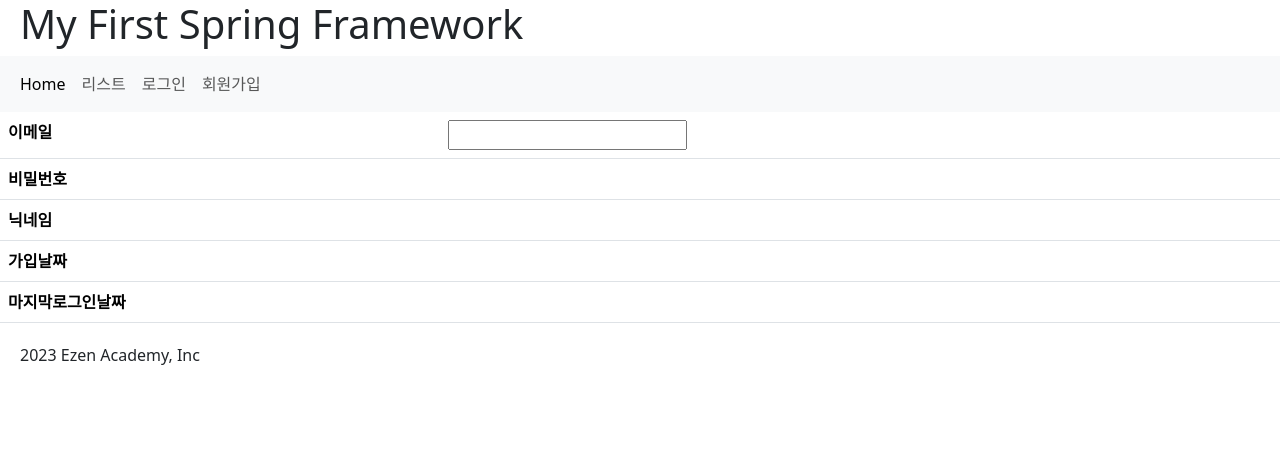
Repository: HongSeungBo/newspring
Page: http://localhost/springProject/WEB-INF/views/member/modify.jsp
The author's editor kept a copy of each file at every save. The page is drawn from the files as they stood at one save, then again after a run of saves.
The browser window is 1280 px wide. The pictures show the whole page.
The page is served by Tomcat 9. Nobody is signed in. The template is opened directly, without the code that normally fills it, so the values that code supplies are empty.

Above is the page before, as saved 2023-10-31 07:19:38.
Console error: SyntaxError: Unexpected identifier 'eventDefault'

After the next 2 saves:
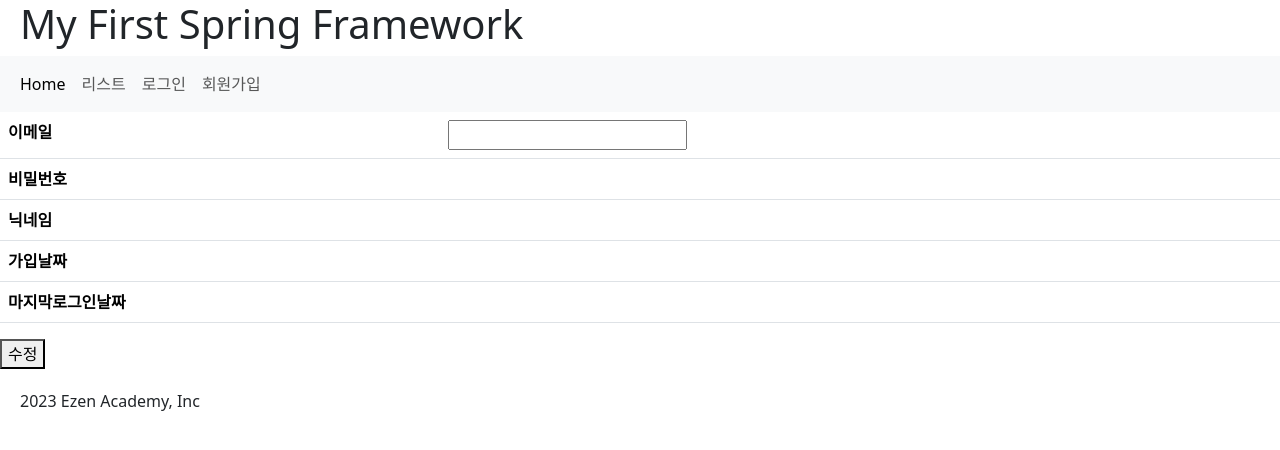
The 2 saves are shown as one change because they came seconds apart.
The last was saved 37 s later.
--- a/springProject/src/main/webapp/WEB-INF/views/member/modify.jsp
+++ b/springProject/src/main/webapp/WEB-INF/views/member/modify.jsp
@@ -38,6 +38,7 @@
 			</td>
 		</tr>
 	</table>
+	<button type="submit">수정</button>
 </form>
 <jsp:include page="../common/footer.jsp"></jsp:include>
 </body>
